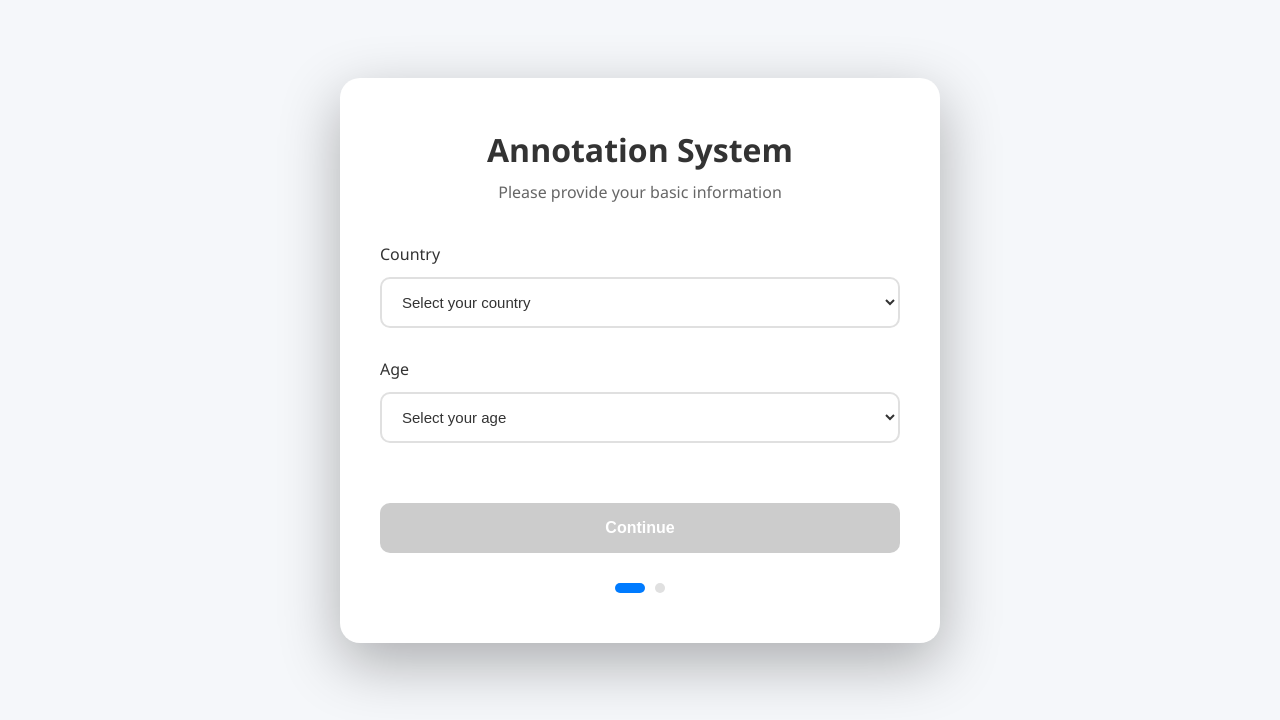
Repository: Matsuyou-Wang/MPES-system
Page: user-info.html
An editor plug-in stored every save of this project. The page is shown before and after the next save, followed by the edit.
The browser window is 1280 px wide. The pictures show the whole page.

Above is the page before, as saved 2025-11-25 14:14:18.

After the next save:
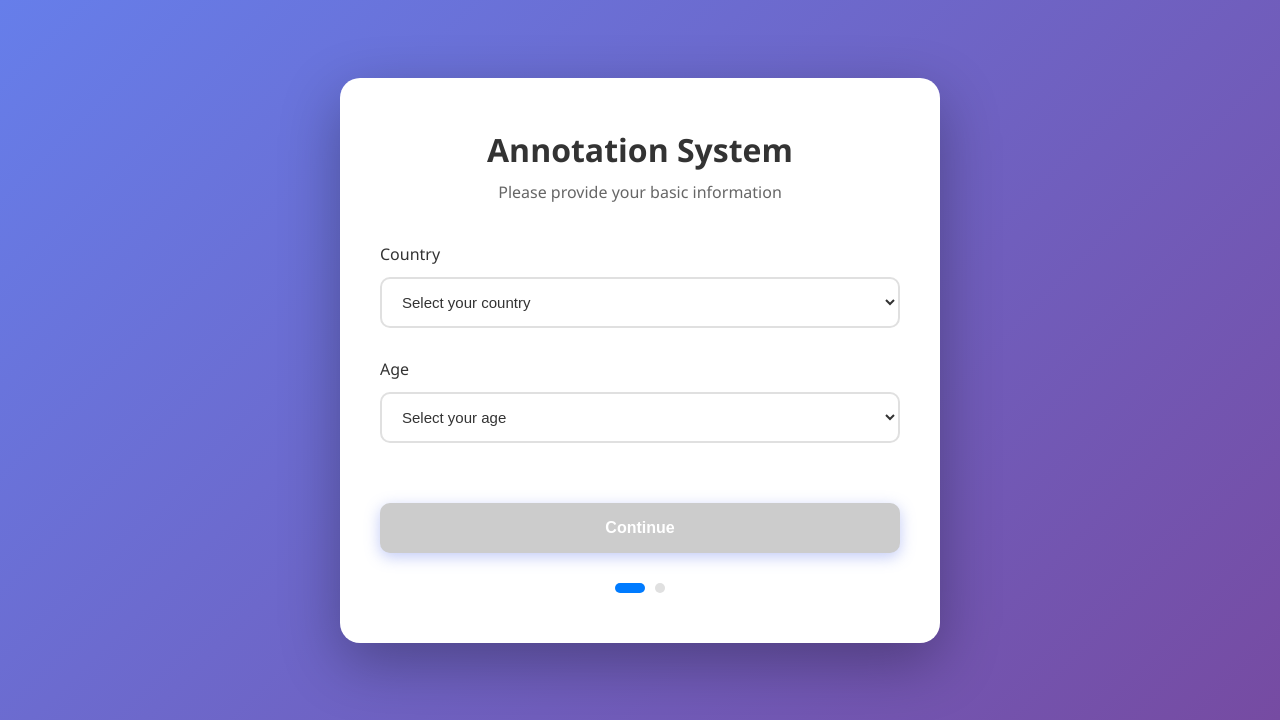
Saved 86 s later.
--- a/user-info.html
+++ b/user-info.html
@@ -13,7 +13,7 @@
 
         body {
             font-family: 'Segoe UI', Tahoma, Geneva, Verdana, sans-serif;
-            background: #f5f7fa;
+            background: linear-gradient(135deg, #667eea 0%, #764ba2 100%);
             min-height: 100vh;
             display: flex;
             justify-content: center;
@@ -90,7 +90,7 @@
         .continue-btn {
             width: 100%;
             padding: 16px;
-            background: #007BFF;
+            background: linear-gradient(135deg, #667eea 0%, #764ba2 100%);
             color: white;
             border: none;
             border-radius: 10px;
@@ -98,6 +98,7 @@
             font-weight: 600;
             cursor: pointer;
             transition: all 0.3s ease;
+            box-shadow: 0 4px 15px rgba(102, 126, 234, 0.4);
             margin-top: 30px;
         }
 
